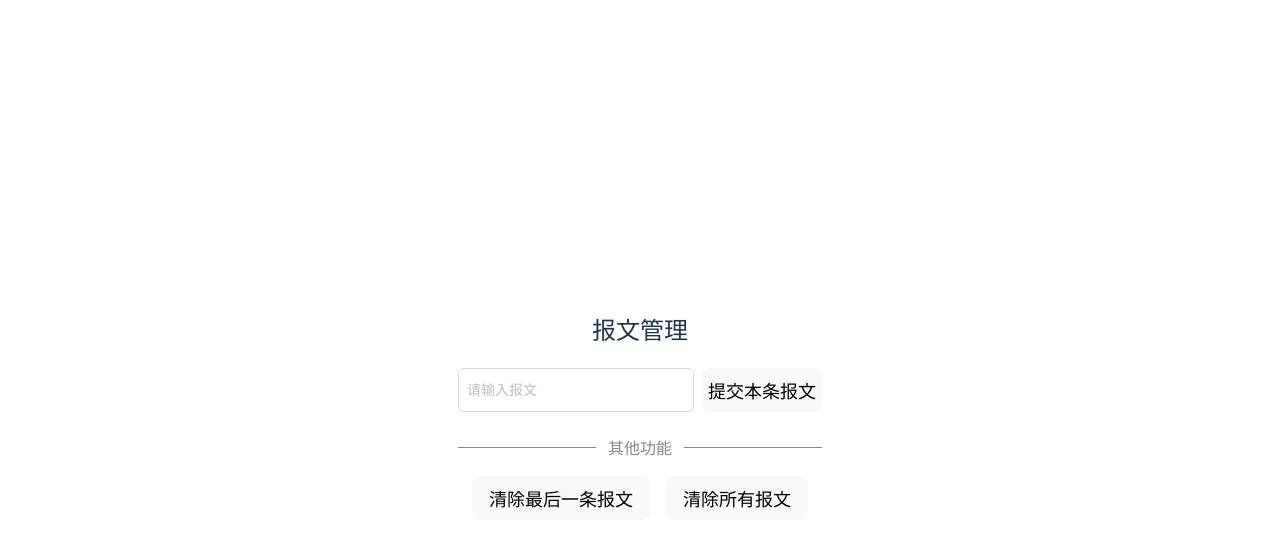
Repository: WUTONK/GoBlogAssignment3
Page: /user/postmodify (app in frontend/)
The author's editor kept a copy of each file at every save. The page is drawn from the files as they stood at one save, then again after a run of saves.
The browser window is 1280 px wide. The pictures show the whole page.
The project was rebuilt for these pictures with package versions that can differ from the ones it lists, and the page was loaded fresh each time. Also part of the build but not shown: frontend/vite.config.ts, frontend/src/api/runtime.ts, frontend/src/api/models/LoginReq.ts, frontend/src/api/models/LoginRsp.ts, frontend/src/api/models/SqlReq.ts, frontend/src/api/models/SqlRsp.ts, frontend/src/api/models/index.ts, frontend/src/api/apis/DefaultApi.ts and 5 more.

Above is the page before, as saved 2025-07-27 00:00:45.

After the next 2 saves:
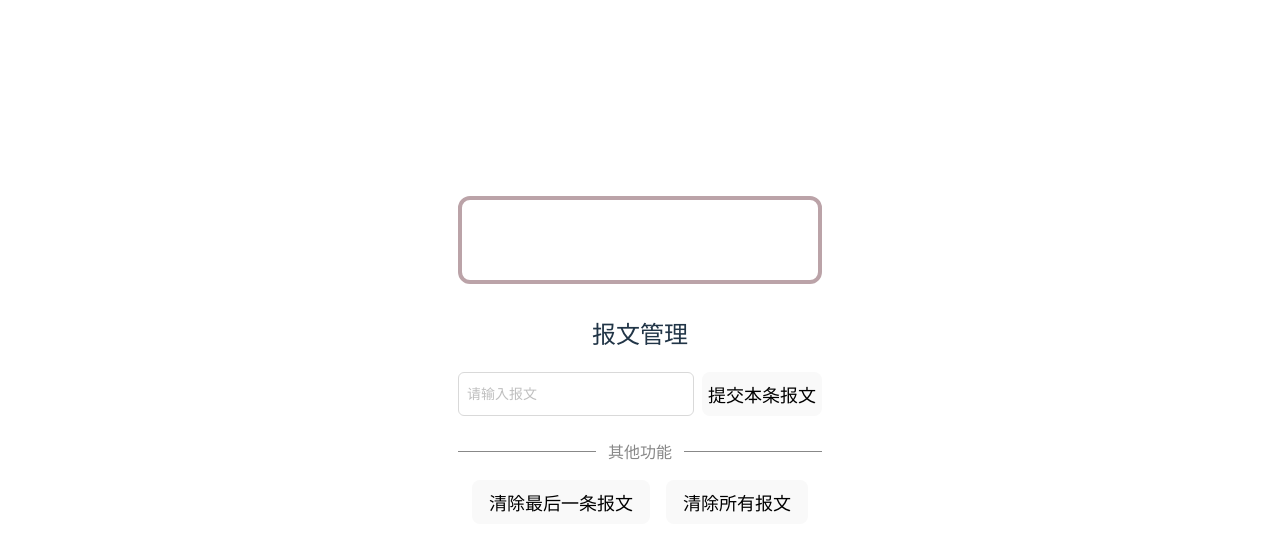
The 2 saves are shown as one change because they came seconds apart.
The last was saved 10 s later.
--- a/frontend/src/PostModifyPage.tsx
+++ b/frontend/src/PostModifyPage.tsx
@@ -15,7 +15,7 @@ function PostModify() {
         style={{
           height: 80,
           marginBottom: 32,
-          border: "4px solidrgb(219, 177, 185)",
+          border: "4px solid rgb(187, 163, 168)",
           borderRadius: 12,
           display: "flex",
           alignItems: "center",
